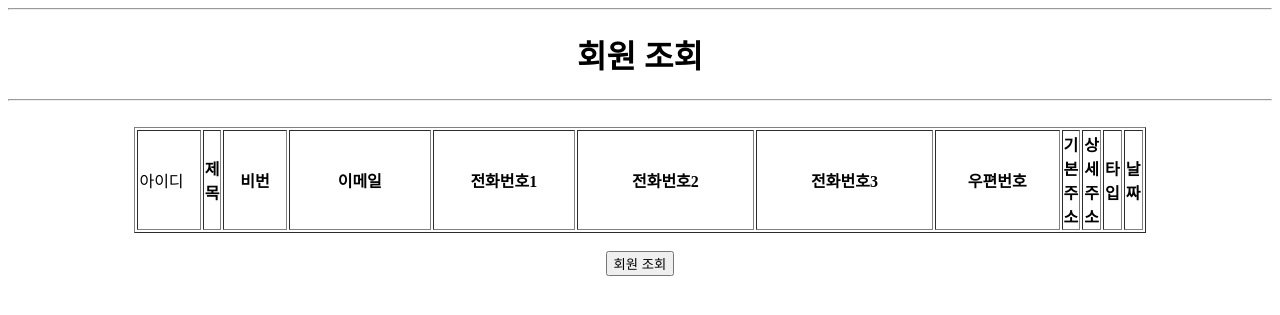
Repository: skim24245/web_workspace_src
Page: http://localhost/Mission-Web/jsp/board/memberlist.jsp
These files come from the project's save history. The page is drawn as it stood at one moment and after the next save; the edit follows.
The browser window is 1280 px wide. The pictures show the whole page.
The page is served by Tomcat 9. Other server files are loaded and not shown. Queries for data that is not in the repository find no rows.

Above is the page before, as saved 2022-06-03 01:48:41.

### Mission-Web/src/main/webapp/jsp/board/memberlist.jsp

<%@page import="kr.ac.kopo.util.JDBCClose"%>
<%@page import="java.sql.ResultSet"%>
<%@page import="java.sql.PreparedStatement"%>
<%@page import="java.sql.Connection"%>
<%@page import="kr.ac.kopo.util.ConnectionFactory"%>
<%@ page language="java" contentType="text/html; charset=UTF-8"
	pageEncoding="UTF-8"%>

<%--
작업 순서
1. t_board 테이블에서 전체게시글 조회
2. 조회된 게시물을 하나씩 웹브라우저 출력
--%>

<%
Connection conn = new ConnectionFactory().getConnection();
StringBuilder sql = new StringBuilder();
sql.append("SELECT ID, NAME , PASSWORD, EMAIL_ID, TEL1,TEL2,TEL3,POST,BASIC_ADDR,DETAIL_ADDR, TYPE, TO_CHAR(reg_date, 'yyyy-mm-dd')as reg_date ");

sql.append(" from T_MEMBER");
sql.append(" order by no desc");
PreparedStatement pstmt = conn.prepareStatement(sql.toString());
ResultSet rs = pstmt.executeQuery();
%>
<!DOCTYPE html>
<html>
<head>
<meta charset="UTF-8">
<title>회원 조회</title>
<script src="/Mission-Web/resource/js/jquery-3.6.0.min.js"></script>
<script>
$(document).ready(function(){
	$('#addBtn').click(function(){
		location.href = 'writeForm.jsp'
	})
})
</script>
</head>
<!-- http://localhost9999/Mission-Web/jsp/board/list.jsp -->
<body>

	<div align="center">
		<hr>
		<h1>회원 조회</h1>
		<hr>
		<br>
		<table border="1" style="width: 80%">
			<tr>
				<td width="7%">아이디</td>
				<th>제목</th>
				<th width="7%">비번</th>
				<th width="16%">이메일</th>
				<th width="16%">전화번호1</th>
				<th width="20%">전화번호2</th>
				<th width="20%">전화번호3</th>
				<th width="20%">우편번호</th>
				<th width="20%">기본주소</th>
				<th width="20%">상세주소</th>
				<th width="20%">타입</th>
				<th width="20%">날짜</th>
			</tr>
			<%
			while(rs.next()){
				String ID = rs.getString("ID");
				String NAME = rs.getString("NAME");
				String PASSWORD =rs.getString("PASSWORD");
				String EMAIL_ID =rs.getString("EMAIL_ID");
				int TEL1 = rs.getInt("TEL1");
				int TEL2 =rs.getInt("TEL2");
				int TEL3 =rs.getInt("TEL3");
				String POST =rs.getString("POST");
				String BASIC_ADDR =rs.getString("BASIC_ADDR");
				String DETAIL_ADDR=rs.getString("DETAIL_ADDR");
				String TYPE=rs.getString("TYPE");
				String reg_date = rs.getString("reg_date");
			%>
			<tr>
				<td><%=ID %></td>
				<td><%=NAME %></td>
				<td><%=PASSWORD %></td>
				<td><%=EMAIL_ID %></td>
				<td><%=TEL1 %></td>
				<td><%=TEL2 %></td>
				<td><%=TEL3 %></td>
				<td><%=POST %></td>
				<td><%=BASIC_ADDR %></td>
				<td><%=DETAIL_ADDR %></td>
				<td><%=TYPE %></td>
				<td><%=reg_date %></td>
			</tr>

			<%
			}
			%>
		</table>
		<br>
		<button id="addBtn">회원 조회</button>

	</div>


</body>
</html>
<%
JDBCClose.close(pstmt, conn);
%>

### Mission-Web/src/main/java/kr/ac/kopo/util/ConnectionFactory.java
package kr.ac.kopo.util;

import java.sql.Connection;
import java.sql.DriverManager;

public class ConnectionFactory {

	public Connection getConnection() {

			Connection conn = null;

			try {
				Class.forName("oracle.jdbc.driver.OracleDriver");

				String url = "jdbc:oracle:thin:@192.168.119.119:1521:dink";
				String user = "scott";
				String password = "tiger";

				conn = DriverManager.getConnection(url, user, password);
			} catch (Exception e) {
				e.printStackTrace();
			}

			return conn;
		}
	}

### Mission-Web/src/main/java/kr/ac/kopo/util/JDBCClose.java
package kr.ac.kopo.util;

import java.sql.Connection;
import java.sql.SQLException;
import java.sql.Statement;

public class JDBCClose {

	public static void close(Statement stmt, Connection conn) {
		if (stmt != null) {
			try {
				stmt.close();
			} catch (SQLException e) {
				e.printStackTrace();
			}
		}
		if (conn != null) {
			try {
				conn.close();
			} catch (SQLException e) {
				e.printStackTrace();
			}
		}
	}
}

Loaded but not shown: Mission-Web/src/main/webapp/resource/js/jquery-3.6.0.min.js (library)

After the next save:
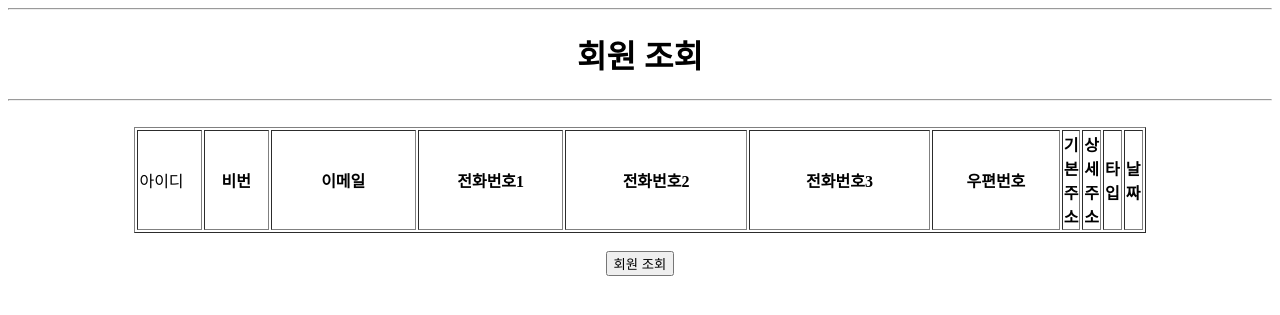
Saved 4 min 6 s later.
--- a/Mission-Web/src/main/webapp/jsp/board/memberlist.jsp
+++ b/Mission-Web/src/main/webapp/jsp/board/memberlist.jsp
@@ -48,7 +48,6 @@ $(document).ready(function(){
 		<table border="1" style="width: 80%">
 			<tr>
 				<td width="7%">아이디</td>
-				<th>제목</th>
 				<th width="7%">비번</th>
 				<th width="16%">이메일</th>
 				<th width="16%">전화번호1</th>
